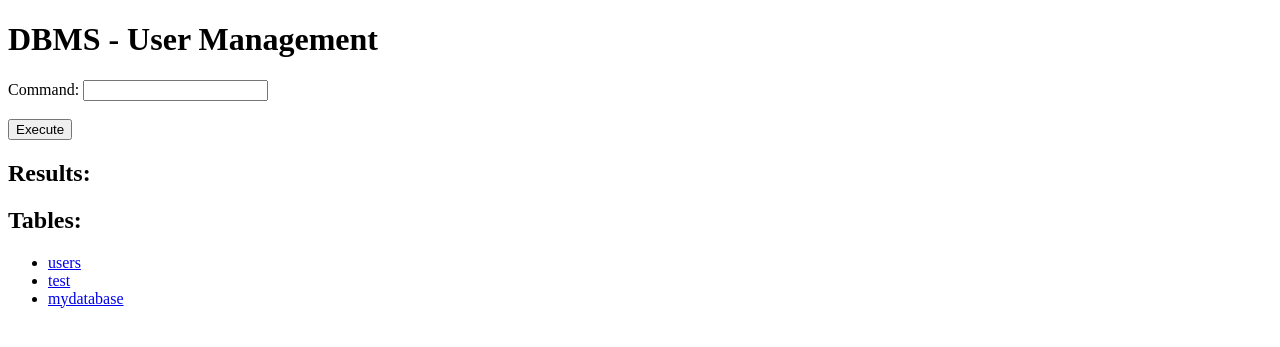
Repository: mark6969/DBMS-use-python
Page: http://localhost/
An editor plug-in stored every save of this project. The page is shown before and after the next save, followed by the edit.
The browser window is 1280 px wide. The pictures show the whole page.
The page is served by the project's application, run on Flask 3 (run.py).

Above is the page before, as saved 2023-05-19 15:34:13.

### templates/index.html
<!DOCTYPE html>
<html>
<head>
    <title>DBMS</title>
    <style>
        table {
            border-collapse: collapse;
        }
        th, td {
            border: 1px solid black;
            padding: 8px;
        }
    </style>
</head>
<body>
    <h1>DBMS - User Management</h1>
    <form method="POST" action="/">
        <label for="command">Command:</label>
        <input type="text" name="command" id="command" required>
        <br><br>
        <input type="submit" value="Execute">
    </form>

    <!-- <h2>Users:</h2>
    <table>
        <tr>
            <th>姓名</th>
            <th>年齡</th>
            <th>性別</th>
        </tr>
        {% for user in users %}
        <tr>
            <td>{{ user.name }}</td>
            <td>{{ user.age }}</td>
            <td>{{ user.sex }}</td>
        </tr>
        {% endfor %}
    </table> -->

    <h2>Results:</h2>
    <ul>
        {% for result in results %}
        <li>{{ result }}</li>
        {% endfor %}
    </ul>

    <h2>Tables:</h2>
    <ul>
    {% for table in tables %}
    <li><a href="/table/{{ table }}">{{ table }}</a></li>
    {% endfor %}
    </ul>

</body>
</html>

### run.py
from flask import Flask, render_template, request
import re
import os
import csv

app = Flask(__name__)


# def get_all_users():
#     users = []
#     with open('mydatabase.csv', 'r') as file:
#         reader = csv.DictReader(file)
#         for row in reader:
#             user = {
#                 'name': row['name'],
#                 'age': row['age'],
#                 'sex': row['sex']
#             }
#             users.append(user)
#     return users

def get_all(table):
    data = []
    with open("DBs/%s.csv" % table, 'r') as file:
        reader = csv.DictReader(file)
        for row in reader:
            data.append(row)
    return data

def get_all_tables(database_name):
    tables = []
    csv_filename = f'{database_name}.csv'
    with open(csv_filename, 'r') as file:
        reader = csv.DictReader(file)
        tables = reader.fieldnames
    return tables

def get_all_csv_name():
    tables = []
    for file_name in os.listdir("./DBs"):
        if file_name.endswith('.csv'):
            table_name = os.path.splitext(file_name)[0]
            tables.append(table_name)
    return tables

def add_data(table, data_list):
    with open("DBs/%s.csv" % table, 'r+', newline='') as file:
        # fieldnames = ['name', 'age', 'sex']
        print("add_data")
        db_key = file.readline().replace("\n", "").split(",")
        if len(db_key) == len(data_list):
            writer = csv.writer(file)
            writer.writerow(data_list)
            return True
        return False


def execute_query(query):
    if query.startswith('SELECT'):
        _, column, _, table = query.split()
        return select_data(column, table)
    elif query.startswith('DELETE'):
        _, _, table, _, condition_column, _, condition_value = query.split()
        delete_data(table, condition_column, condition_value)
        return ['Data deleted successfully.']
    elif query.startswith('INSERT'):
        table = query.split()[2]
        values = re.findall(r'\((.*?)\)', query)[0]
        values_list = [value.strip() for value in values.split(',')]
        if add_data(table, values_list):
            return ['Data inserted successfully.']
        else:
            return ['Data inserted error']
    elif query.startswith('CREATE'):
        match = re.search(r'CREATE (\w+) \((.*?)\)', query)
        if match:
            table_name = match.group(1)
            columns = [column.strip() for column in match.group(2).split(',')]
            create_table(table_name, columns)
            return ['Table created successfully.']
        else:
            return ['Invalid query. Please check your input.']
    else:
        return ['Invalid query. Please check your input.']


def select_data(column, table):
    data = []
    with open("DBs/%s.csv" % table, 'r') as file:
        reader = csv.DictReader(file)
        for row in reader:
            if column == '*':
                data.append(row)
            elif column in row:
                data.append({column: row[column]})
    return data


def delete_data(table, condition_column, condition_value):
    with open("DBs/%s.csv" % table, 'r') as file:
        reader = csv.DictReader(file)
        rows = list(reader)

    filtered_rows = [row for row in rows if row.get(condition_column) == condition_value]

    with open("DBs/%s.csv" % table, 'w', newline='') as file:
        fieldnames = rows[0].keys()
        writer = csv.DictWriter(file, fieldnames=fieldnames)
        writer.writeheader()
        writer.writerows(filtered_rows)

def create_table(table_name, columns):
    csv_filename = f'{table_name}.csv'
    with open("./DBs/%s" % csv_filename, 'w', newline='') as file:
        writer = csv.writer(file)
        writer.writerow(columns)

@app.route('/table/<database_name>')
def show_database(database_name=None):
    if database_name is None:
        database_name = 'mydatabase'
    tables = get_all(database_name)
    if len(tables) != 0:
        keys=tables[0].keys()
    else:
        keys=[]
    return render_template('database.html', database=database_name, tables=tables, keys=keys)

@app.route('/', methods=['GET', 'POST'])
def index():
    if request.method == 'POST':
        command = request.form['command']
        results = execute_query(command)
    else:
        results = []

    # users = get_all_users()
    # tables = get_all_tables('mydatabase')
    tables = get_all_csv_name()
    print("tables")
    print(tables)
    # print("users")
    # print(users)
    print("results")
    print(results)
    return render_template('index.html', results=results, tables=tables)


if __name__ == '__main__':
    app.run(debug=True)

After the next save:
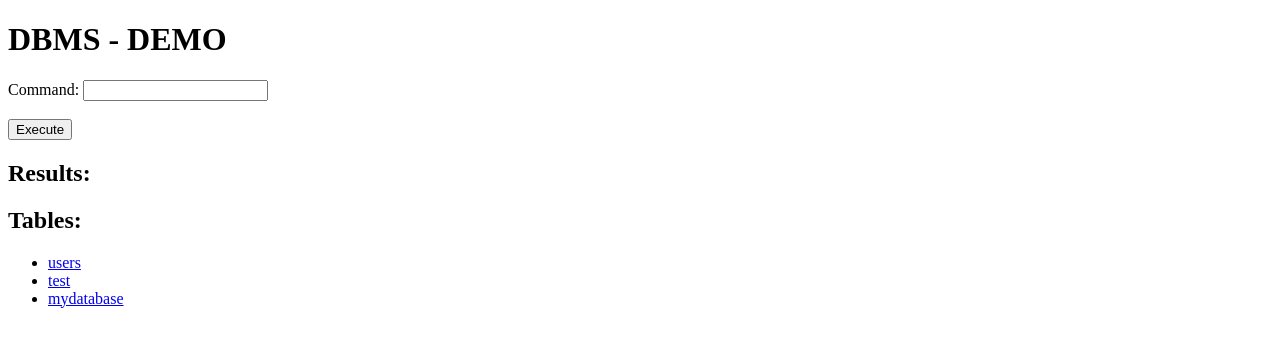
Saved 88 s later.
--- a/templates/index.html
+++ b/templates/index.html
@@ -13,7 +13,7 @@
     </style>
 </head>
 <body>
-    <h1>DBMS - User Management</h1>
+    <h1>DBMS - DEMO</h1>
     <form method="POST" action="/">
         <label for="command">Command:</label>
         <input type="text" name="command" id="command" required>
